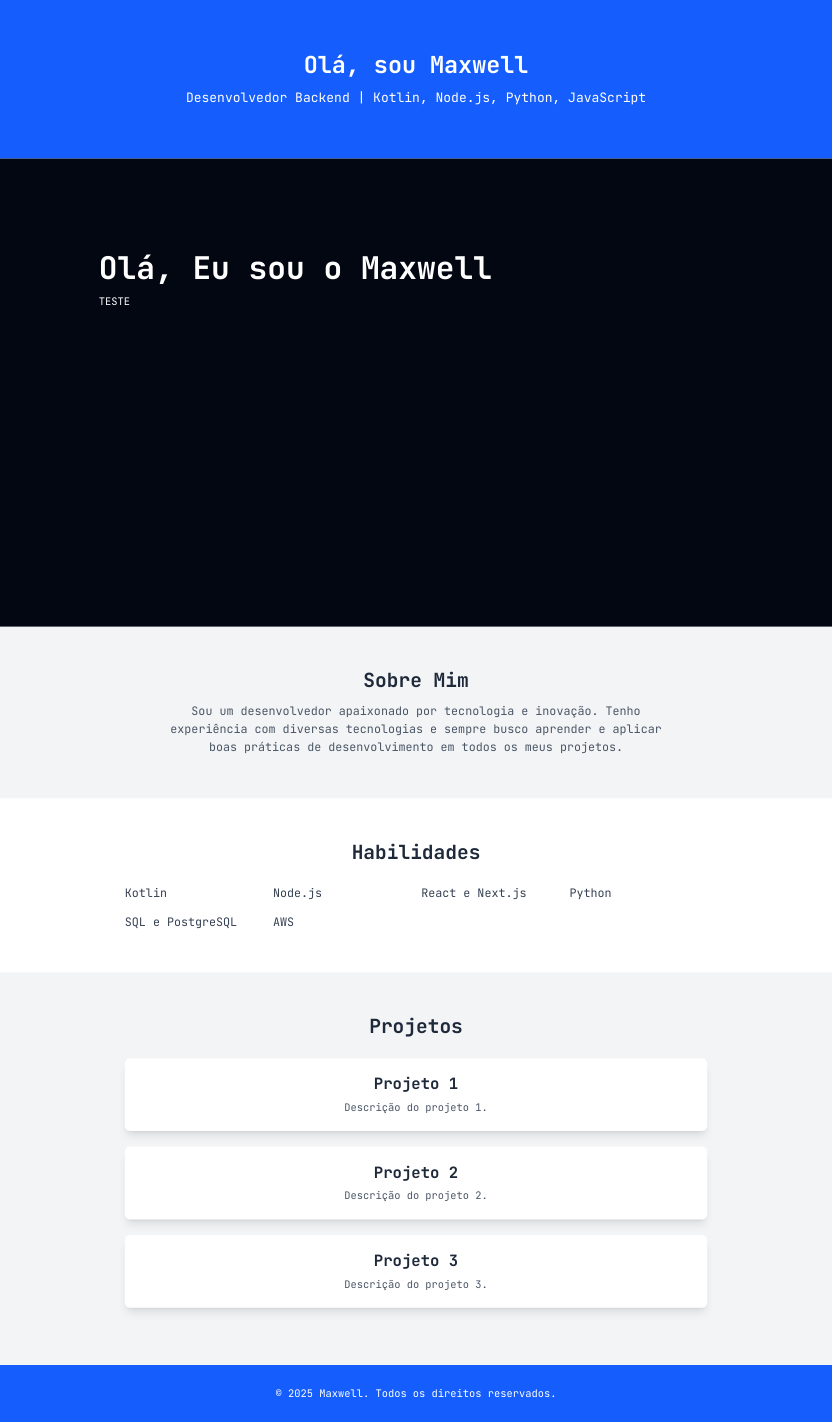
Repository: maxwelllbarboza/pagina-pessoal
Page: /
An editor plug-in stored every save of this project. The page is shown before and after a run of saves, followed by the edit.
The browser window is 1280 px wide. The pictures show the whole page, at 65% of full size.
The project was rebuilt for these pictures with package versions that can differ from the ones it lists, and the page was loaded fresh each time. The framework's server and built-in components were replaced by stand-ins that run in the browser. Also part of the build but not shown: next.config.mjs, next.config.ts.

Above is the page before, as saved 2025-02-27 11:04:25.

### src/app/layout.tsx
import * as React from 'react';
import {JetBrains_Mono} from "next/font/google"
import './globals.css'

const jetBrainsMono = JetBrains_Mono({
  subsets: ["latin"],
  weight: ["400", "700"],
  variable: "--font-jetbrains-mono"
})

export default function RootLayout({
  children,
}: Readonly<{
  children: React.ReactNode;
}>) {
  return (
    <html lang="en">
      <body className={jetBrainsMono.className}>
        <main className="min-h-screen">
          {children}
        </main>
      </body>
    </html>
  );
}

### src/app/page.tsx
import SobreMim from "@/components/sobremim/SobreMim";
import Head from "next/head";

const skills = ['Kotlin', 'Node.js', 'Python', 'React', 'Next.js', 'AWS', 'SQL'];

const projects = [
  { title: 'Sistema de Frete', description: 'Gerenciamento de transportes e pagamentos.', image: '/frete.png' },
  { title: 'Naval Battle Game', description: 'Jogo de batalha naval interativo.', image: '/naval.png' },
  { title: 'Sistema de Estoque', description: 'Gestão de bebidas e inventário.', image: '/estoque.png' }
];

export default function Home() {
  return (
    <div className="bg-gray-100 min-h-screen">
    <Head>
      <title>Portfólio de Maxwell</title>
      <meta name="description" content="Portfólio pessoal de Maxwell" />
      <link rel="icon" href="/favicon.ico" />
    </Head>

    {/* Header */}
    <header className="bg-blue-600 text-white text-center py-20">
      <h1 className="text-4xl font-bold">Olá, sou Maxwell</h1>
      <p className="text-xl mt-4">Desenvolvedor Backend | Kotlin, Node.js, Python, JavaScript</p>
    </header>

    {/* Sobre mim */}
    <SobreMim/>
    <section className="py-16 text-center">
      <h2 className="text-3xl font-semibold text-gray-800">Sobre Mim</h2>
      <p className="mt-4 text-lg text-gray-600 max-w-3xl mx-auto">
        Sou um desenvolvedor apaixonado por tecnologia e inovação. Tenho experiência com diversas tecnologias e sempre busco aprender e aplicar boas práticas de desenvolvimento em todos os meus projetos.
      </p>
    </section>

    {/* Habilidades */}
    <section className="bg-white py-16">
      <h2 className="text-3xl font-semibold text-center text-gray-800">Habilidades</h2>
      <ul className="mt-8 grid grid-cols-2 sm:grid-cols-3 md:grid-cols-4 gap-4 max-w-4xl mx-auto">
        <li className="text-lg text-gray-700">Kotlin</li>
        <li className="text-lg text-gray-700">Node.js</li>
        <li className="text-lg text-gray-700">React e Next.js</li>
        <li className="text-lg text-gray-700">Python</li>
        <li className="text-lg text-gray-700">SQL e PostgreSQL</li>
        <li className="text-lg text-gray-700">AWS</li>
      </ul>
    </section>

    {/* Projetos */}
    <section className="py-16 text-center">
      <h2 className="text-3xl font-semibold text-gray-800">Projetos</h2>
      <div className="mt-8 max-w-4xl mx-auto">
        <div className="bg-white p-6 mb-6 shadow-lg rounded-lg">
          <h3 className="text-2xl font-semibold text-gray-800">Projeto 1</h3>
          <p className="mt-2 text-gray-600">Descrição do projeto 1.</p>
        </div>
        <div className="bg-white p-6 mb-6 shadow-lg rounded-lg">
          <h3 className="text-2xl font-semibold text-gray-800">Projeto 2</h3>
          <p className="mt-2 text-gray-600">Descrição do projeto 2.</p>
        </div>
        <div className="bg-white p-6 mb-6 shadow-lg rounded-lg">
          <h3 className="text-2xl font-semibold text-gray-800">Projeto 3</h3>
          <p className="mt-2 text-gray-600">Descrição do projeto 3.</p>
        </div>
      </div>
    </section>

    {/* Footer */}
    <footer className="bg-blue-600 text-white text-center py-8">
      <p>&copy; 2025 Maxwell. Todos os direitos reservados.</p>
    </footer>
  </div>

  );
}

### src/components/sobremim/SobreMim.tsx
'use client'
import { animate, motion } from "framer-motion"

export default function SobreMim(){
    return(
        <section className="min-h-screen bg-gray-950 text-white pt-20">
            <div className="max-w-5xl mx-auto px-6 py-12">
                <div className="flex flex-col-reverse lg:flex-row items-center
                justify-between gap-8 lg:gap-16">
                    <motion.div
                    initial={{opacity: 0, y:20}}
                    animate={{opacity: 1, y:0}}
                    transition={{duration: 0.5}}
                    >
                        <span className="text-gray-400 mb-4 block text lg:text-left"></span>
                        <h1 className="text-5xl font-bold mb-4 text-center lg:text-left">
                            Olá, Eu sou o Maxwell
                        </h1>
                        TESTE
                    </motion.div>
                </div>
            </div>
        </section>
    )
}

Loaded but not shown: src/app/globals.css (common file)

After the next 3 saves:
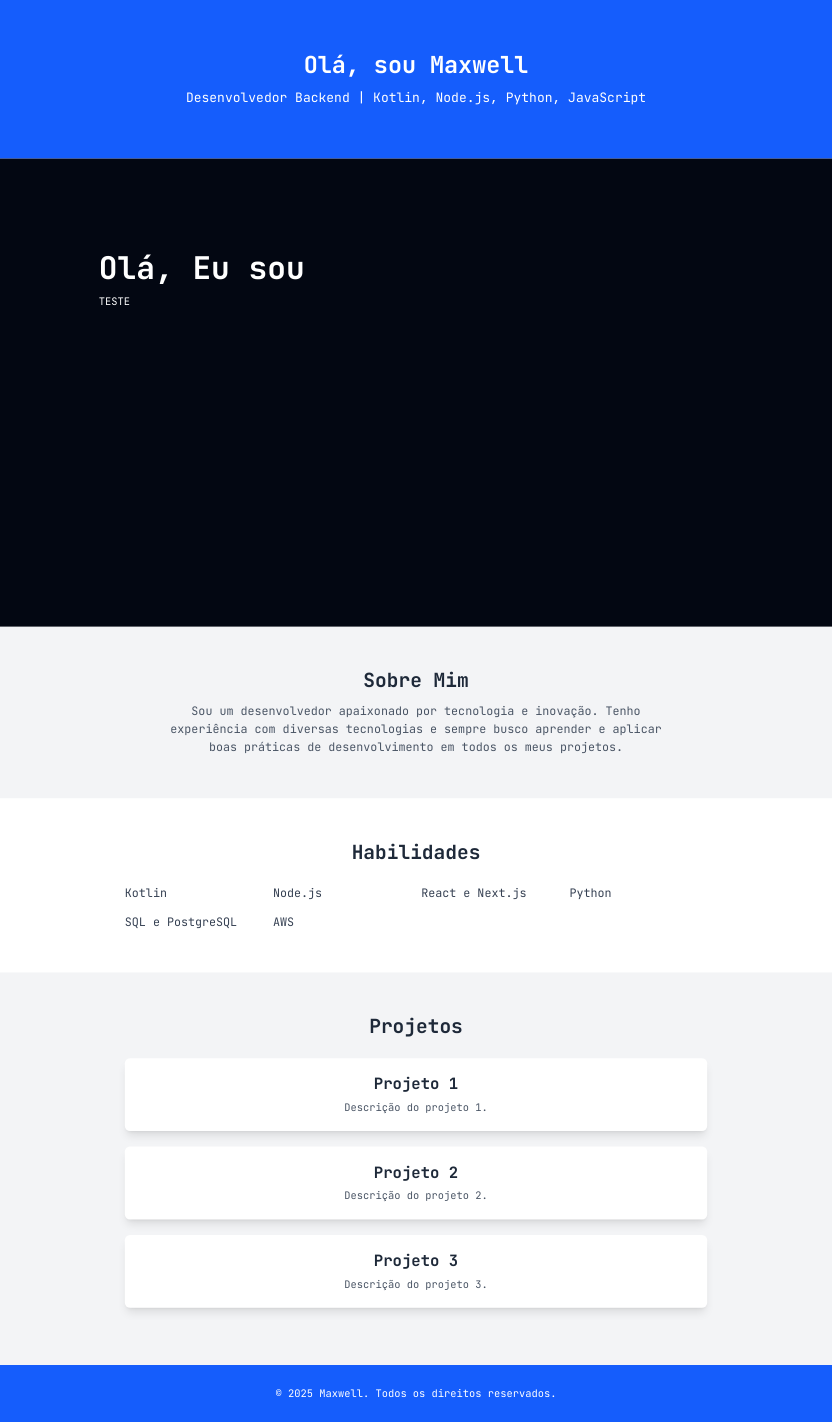
The 3 saves are shown as one change because they came seconds apart.
The last was saved 25 s later.
--- a/src/components/sobremim/SobreMim.tsx
+++ b/src/components/sobremim/SobreMim.tsx
@@ -14,7 +14,8 @@
                     >
                         <span className="text-gray-400 mb-4 block text lg:text-left"></span>
                         <h1 className="text-5xl font-bold mb-4 text-center lg:text-left">
-                            Olá, Eu sou o Maxwell
+                            Olá, Eu sou
+                            <span></span>
                         </h1>
                         TESTE
                     </motion.div>
